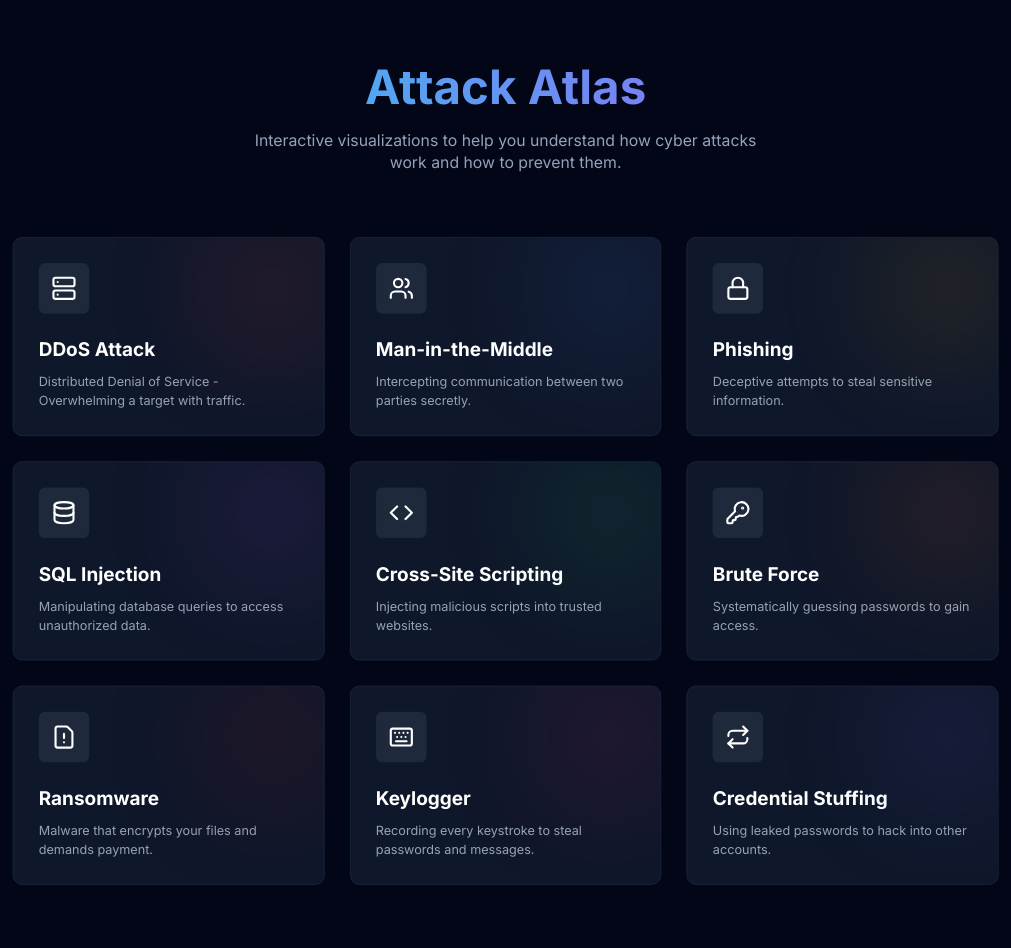
Repository: EthanOndreicka/AttackAtlas
Page: /
These files come from the project's save history. The page is drawn as it stood at one moment and after the next save; the edit follows.
The browser window is 1280 px wide. The pictures show the whole page, at 79% of full size.
The project was rebuilt for these pictures with package versions that can differ from the ones it lists, and the page was loaded fresh each time. The framework's server and built-in components were replaced by stand-ins that run in the browser. Also part of the build but not shown: next.config.js.

Above is the page before, as saved 2025-12-02 22:29:29.

After the next save:
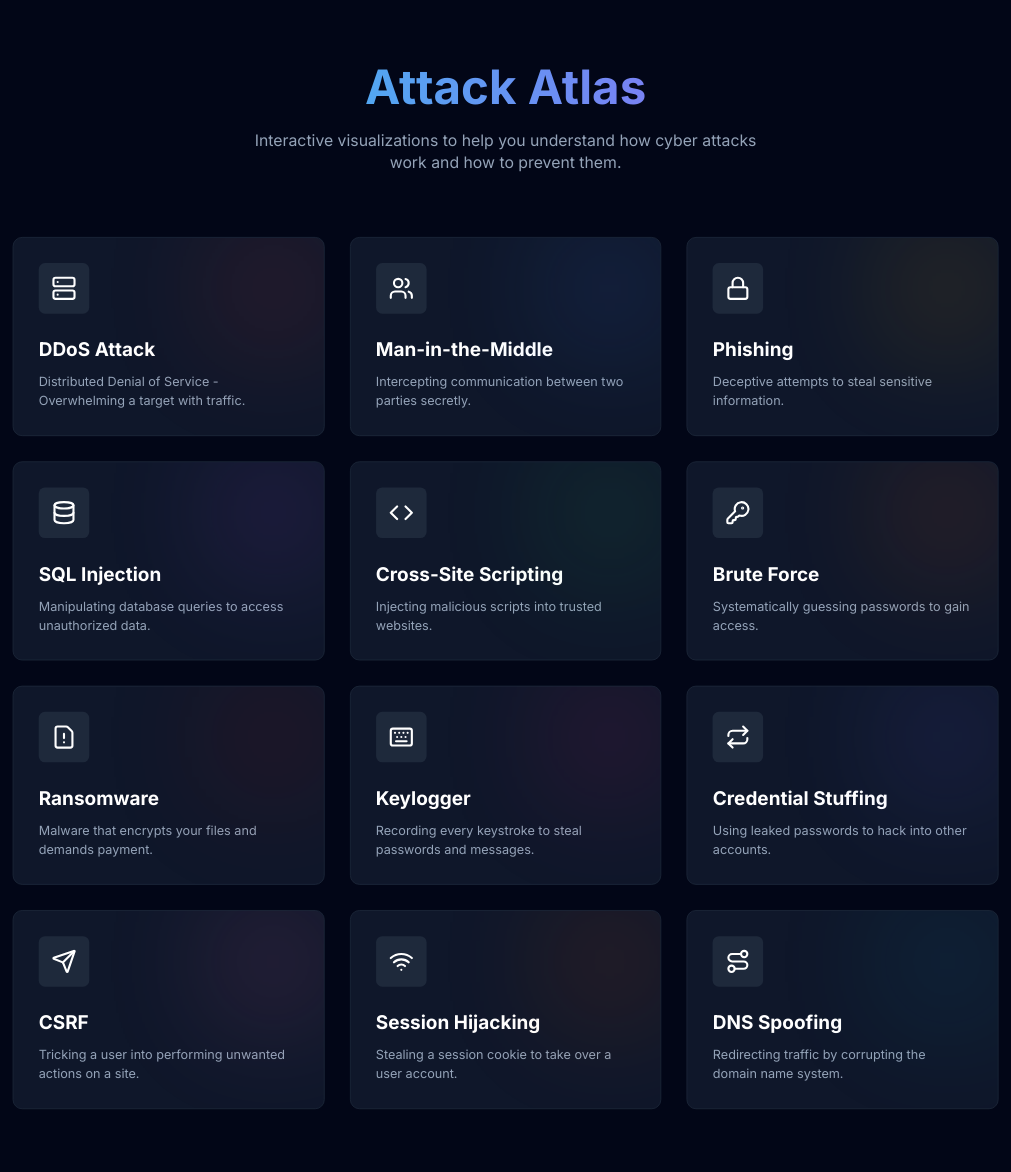
Saved 6 min 18 s later.
--- a/src/app/page.tsx
+++ b/src/app/page.tsx
@@ -2,7 +2,7 @@
 
 import Link from 'next/link';
 import { motion } from 'framer-motion';
-import { Shield, Users, Server, Lock, Database, Code, KeyRound, FileWarning, Keyboard, Repeat } from 'lucide-react';
+import { Shield, Users, Server, Lock, Database, Code, KeyRound, FileWarning, Keyboard, Repeat, Send, Wifi, Route } from 'lucide-react';
 
 const attacks = [
   {
@@ -76,6 +76,30 @@ const attacks = [
     icon: Repeat,
     color: 'bg-indigo-500',
     href: '/attacks/credential-stuffing'
+  },
+  {
+    id: 'csrf',
+    title: 'CSRF',
+    description: 'Tricking a user into performing unwanted actions on a site.',
+    icon: Send,
+    color: 'bg-pink-400',
+    href: '/attacks/csrf'
+  },
+  {
+    id: 'session-hijacking',
+    title: 'Session Hijacking',
+    description: 'Stealing a session cookie to take over a user account.',
+    icon: Wifi,
+    color: 'bg-orange-600',
+    href: '/attacks/session-hijacking'
+  },
+  {
+    id: 'dns-spoofing',
+    title: 'DNS Spoofing',
+    description: 'Redirecting traffic by corrupting the domain name system.',
+    icon: Route,
+    color: 'bg-cyan-600',
+    href: '/attacks/dns-spoofing'
   }
 ];
 
